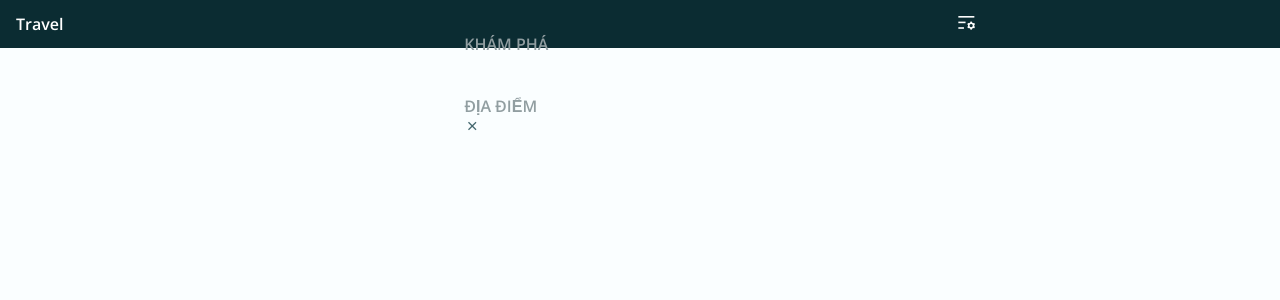
Repository: haokiet2501/travel-demo
Page: index.html
The author's editor kept a copy of each file at every save. The page is drawn from the files as they stood at one save, then again after the next save.
The browser window is 1280 px wide. The pictures show the whole page.

Above is the page before, as saved 2021-09-21 10:15:12.

### index.html
<!DOCTYPE html>
<html lang="en">
<head>
    <meta charset="UTF-8">
    <meta http-equiv="X-UA-Compatible" content="IE=edge">
    <meta name="viewport" content="width=device-width, initial-scale=1.0">
    <link href="https://cdn.jsdelivr.net/npm/remixicon@2.5.0/fonts/remixicon.css" rel="stylesheet">
    <link rel="stylesheet" href="/css/style.css">
    <title>Website Travel</title>
</head>

<body>
    <header class="header" id="header">
        <nav class="nav container">
            <a href="#" class="nav__logo">Travel</a>

            <div class="nav__menu" id="nav-menu">
                <ul class="nav__list">
                    <li class="nav__item">
                        <a href="#home" class="nav__link">Trang chủ</a>
                    </li>
                    <li class="nav__item">
                        <a href="#about" class="nav__link">Giới thiệt</a>
                    </li>
                    <li class="nav__item">
                        <a href="#discover" class="nav__link">Khám phá</a>
                    </li>
                    <li class="nav__item">
                        <a href="#place" class="nav__link">Địa điểm</a>
                    </li>
                </ul>

                <i class="ri-close-line nav__close" id="nav-close"></i>
            </div>

            <div class="nav__toggle" id="nav-toggle">
                <i class="ri-list-settings-line"></i>
            </div>
        </nav>
    </header>
</body>

</html>

### css/style.css
/* Google Font */
@import url('https://fonts.googleapis.com/css2?family=Open+Sans:wght@400;600&family=Raleway:wght@500;600;700&display=swap');

/* Variables css */
:root {
    --header-height: 3rem;

    /* Colors */
    --hue-color: 190;

    /* HSL color mode */
    --first-color: hsl(var(--hue-color), 64%, 12%);
    --first-color-second: hsl(var(--hue-color), 64%, 22%);
    --first-color-alt: hsl(var(--hue-color), 64%, 15%);
    --title-color: hsl(var(--hue-color), 64%, 18%);
    --text-color: hsl(var(--hue-color), 24%, 35%);
    --text-color-light: hsl(var(--hue-color), 8%, 60%);
    --input-color: hsl(var(--hue-color), 24%, 97%);
    --body-color: hsl(var(--hue-color), 100%, 99%);
    --white-color: #FFF;
    --scroll-bar-color: hsl(var(--hue-color), 12%, 90%);
    --scroll-thumb-color: hsl(var(--hue-color), 12%, 75%);

    /* Font and typography */
    --body-font: 'Open Sans', sans-serif;
    --title-font: 'Raleway', sans-serif;
    --biggest-font-size: 2.5rem;
    --h1-font-size: 1.5rem;
    --h2-font-size: 1.25rem;
    --h3-font-size: 1rem;
    --normal-font-size: .938rem;
    --small-font-size: .813rem;
    --smaller-font-size: .75rem;

    /* Font Weight */
    --font-medium: 500;
    --font-semi-bold: 600;

    /* Margin Bottom */
    --mb-0-25: .25rem;
    --mb-0-5: .5rem;
    --mb-0-75: .75rem;
    --mb-1: 1rem;
    --mb-1-25: 1.25rem;
    --mb-1-5: 1.5rem;
    --mb-2: 2rem;
    --mb-2-5: 2.5rem;

    /* Z-index */
    --z-tooltip: 10;
    --z-fixed: 100;

    /* Hover overlay */
    --img-transition: .3s;
    --img-hidden: hidden;
    --img-scale: scale(1.1);
}

@media screen and (min-width: 960px) {
    :root {
        --biggest-font-size: 4rem;
        --h1-font-size: 2.25rem;
        --h2-font-size: 1.75rem;
        --h3-font-size: 1.25rem;
        --normal-font-size: 1rem;
        --small-font-size: .875rem;
        --smaller-font-size: .813rem;
    }
}

/* Base */
* {
    padding: 0;
    margin: 0;
    box-sizing: border-box;
}

html {
    scroll-behavior: smooth;
}

body {
    margin: var(--header-height) 0 0 0;
    font-family: var(--body-font);
    font-size: var(--normal-font-size);
    background-color: var(--body-color);
    color: var(--text-color);
}

h1,h2,h3 {
    color: var(--title-color);
    font-weight: var(--font-semi-bold);
    font-family: var(--title-font);
}

ul {
    list-style: none;
}

a {
    text-decoration: none;
}

img, video {
    max-width: 100%;
    height: auto;
}

button, input {
    border: none;
    font-family: var(--body-font);
    font-size: var(--normal-font-size);
}

button {
    cursor: pointer;
}

input {
    outline: none;
}

/* Reusable css classed */
.section {
    padding: 4.5rem 0 2.5rem;
}

.section__title {
    font-size: var(--h2-font-size);
    color: var(--title-color);
    text-align: center;
    text-transform: capitalize;
    margin-bottom: var(--mb-2);
}

.container {
    max-width: 960px;
    margin-left: var(--mb-1);
    margin-right: var(--mb-1);
}

.grid {
    display: grid;
    gap: 1.5rem;
}

/* HEADER */
.header {
    width: 100%;
    position: fixed;
    top: 0;
    left: 0;
    z-index: var(--z-fixed);
    background-color: var(--first-color);
}

/* NAV */
.nav {
    display: flex;
    justify-content: space-between;
    align-items: center;
    height: var(--header-height);
}

.nav__logo, .nav__toggle {
    color: var(--white-color);
}

.nav__logo {
    font-weight: var(--font-semi-bold);
}

.nav__toggle {
    font-size: 1.2rem;
    cursor: pointer;
}

.nav__menu {
    position: relative;
}

@media screen and (max-width: 767px) {
    .nav__menu {
        position: fixed;
        background-color: var(--body-color);
        top: 0;
        right: 0;
        width: 70%;
        height: 100%;
        box-shadow: -1px 0 4px hsla(var(--hue-color), 64%, 15%, .15);
        padding: 3rem;
        transition: .4s;
    }
}

.nav__list {
    display: flex;
    flex-direction: column;
    row-gap: 2.5rem;
}

.nav__link {
    color: var(--text-color-light);
    font-weight: var(--font-semi-bold);
    text-transform: uppercase;
}

.nav__link:hover {
    color: var(--text-color);
}

.nav__close {

}

After the next save:
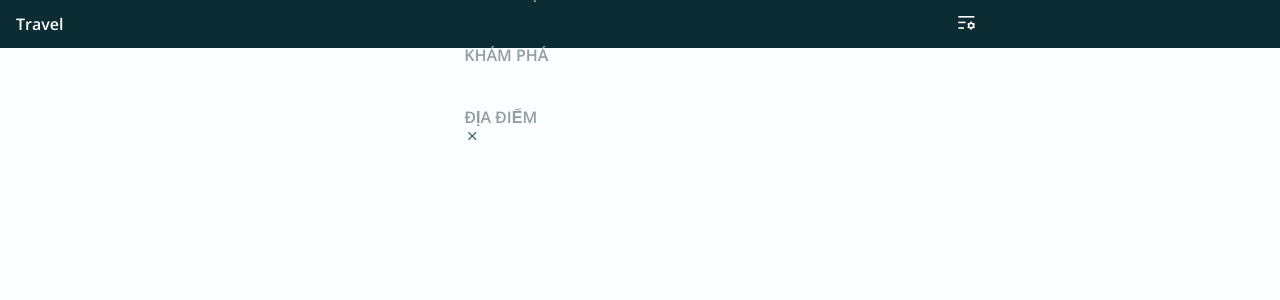
Saved 4 s later.
--- a/css/style.css
+++ b/css/style.css
@@ -210,5 +210,6 @@ input {
 }
 
 .nav__close {
-
-}
+    position: absolute;
+
+}
